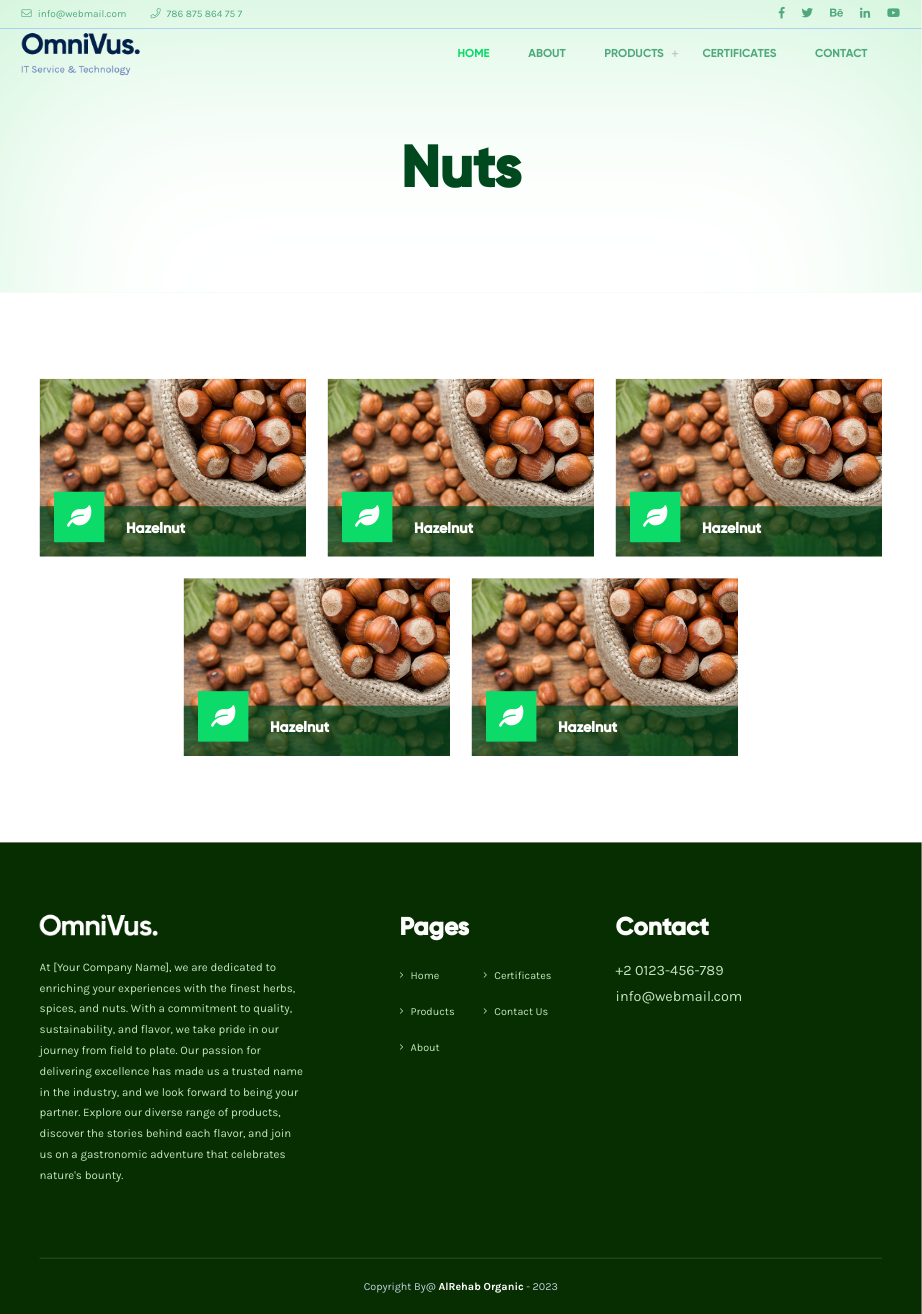
Repository: ziadmoh/alrehab-organic
Page: products.html
These files come from the project's save history. The page is drawn as it stood at one moment and after the next save; the edit follows.
The browser window is 1280 px wide. The pictures show the whole page, at 72% of full size.
The style sheet was rebuilt from its Sass, Less or Tailwind sources for each picture, by a compiler version that may differ from the author's.

Above is the page before, as saved 2023-09-26 12:17:18.

After the next save:
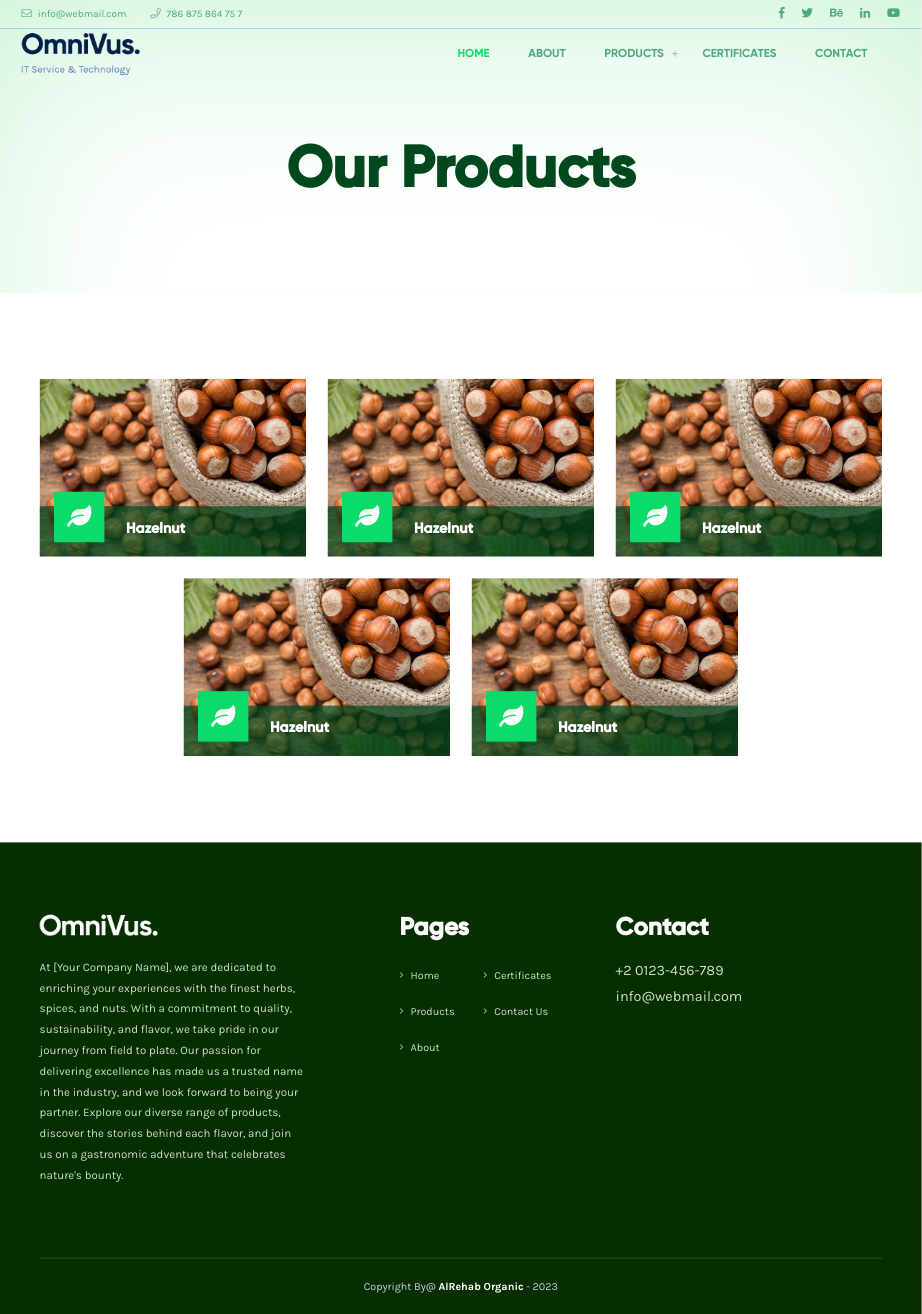
Saved 16 s later.
--- a/products.html
+++ b/products.html
@@ -114,7 +114,7 @@
     <!--====== Page Title start ======-->
     <section class="page-title-area">
         <div class="container">
-            <h2 class="title">Nuts</h2>
+            <h2 class="title">Our Products</h2>
         </div>
     </section>
     <!--====== Page Title End ======-->
